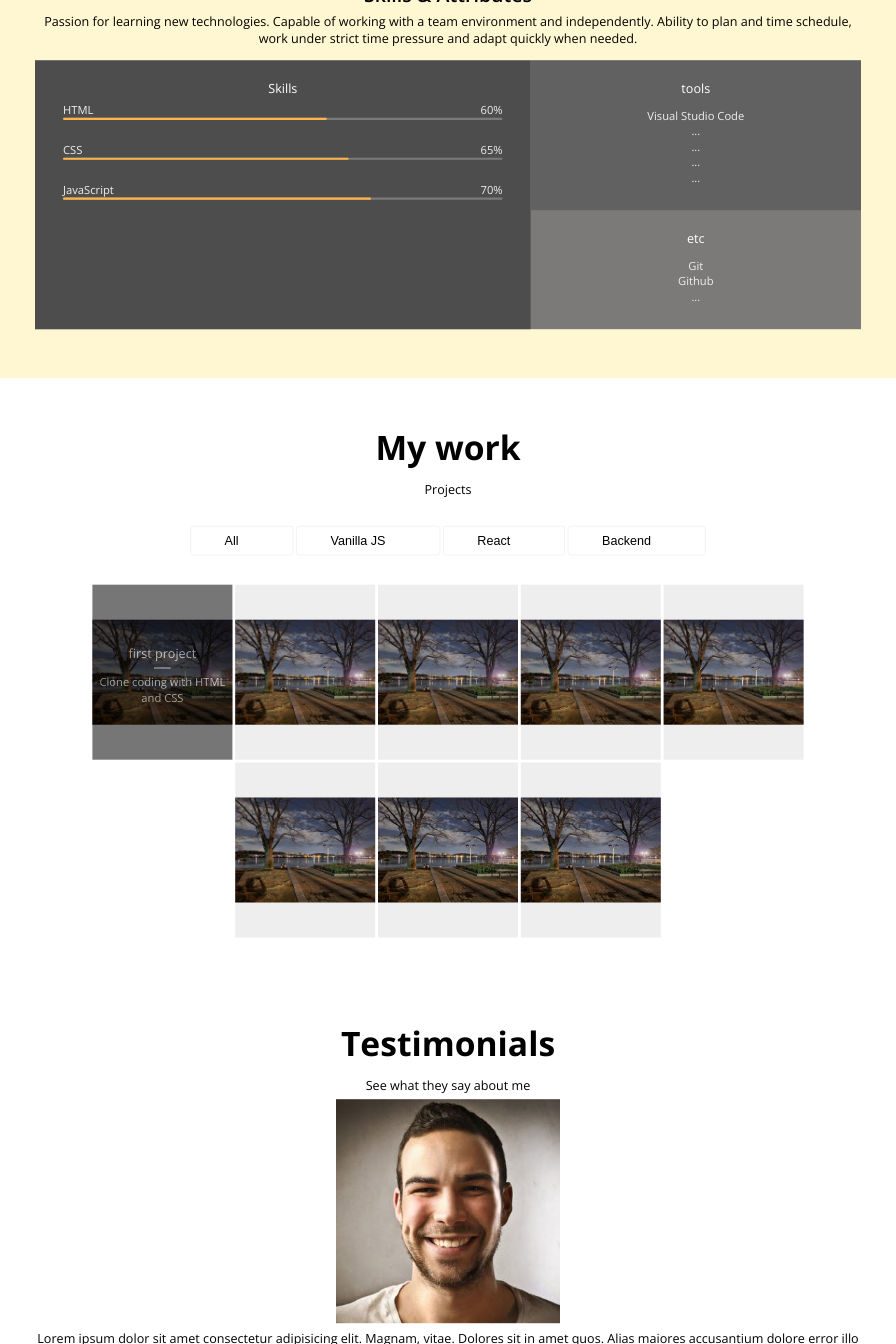
Repository: delphkim/portfolio
Page: index.html
The author's editor kept a copy of each file at every save. The page is drawn from the files as they stood at one save, then again after the next save.
The browser window is 1280 px wide. The pictures show the part of the page from y = 1725 to 3645 px (the page is 4461 px tall), at 70% of full size.
The pointer rests on the first visible `.project`.
Some web libraries are served in a nearby version.

Above is the page before, as saved 2021-08-04 16:21:21.

After the next save:
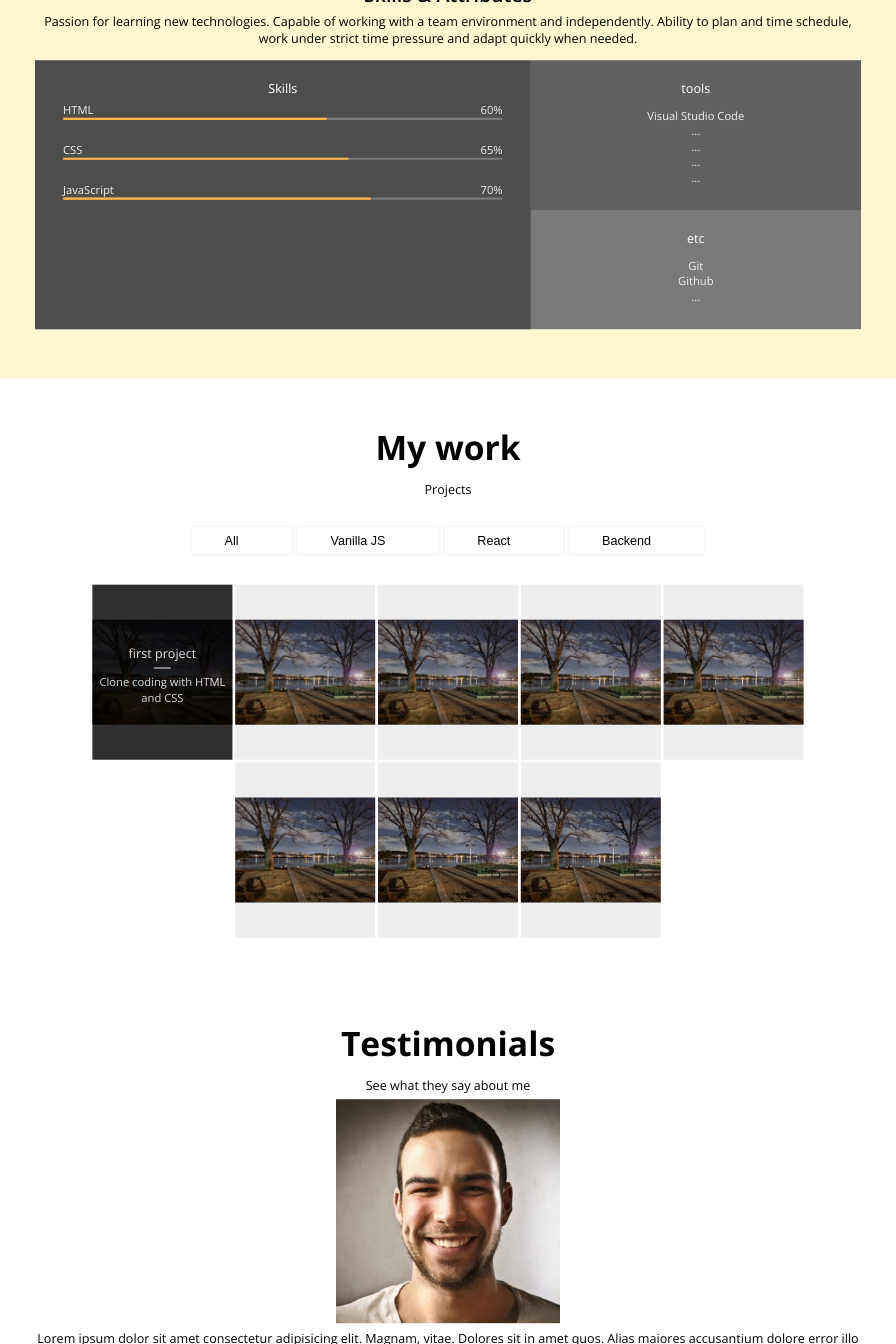
Saved 2 min 13 s later.
--- a/style.css
+++ b/style.css
@@ -311,6 +311,10 @@
   opacity: 0;
   transiton: all var(--animation-duration) ease-in;
 }
+.project:hover .project__description {
+  opacity: 0.8;
+}
+
 .project__description h3 {
   color: var(--color-white);
 }
@@ -325,6 +329,3 @@
   margin-left: -12px;
   margin-top: 8px;
 }
-.project:hover .project__description {
-  opacity: 0.5;
-}
